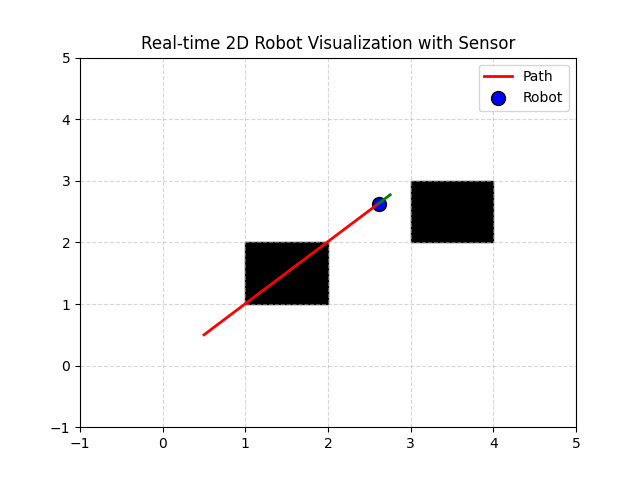
Repository: JLCucumber/comp0244-go2
Script's output: python src/cw1_team_2/2D_environment/main.py
The author's editor kept a copy of each file at every save. The script's output is drawn from the files as they stood at one save, then again after the next save.
Animations are shown at an early frame. Random numbers start from a fixed seed.

Above is the script's output before, as saved 2025-02-16 02:26:33.

### src/cw1_team_2/2D_environment/main.py
import time

from matplotlib import pyplot as plt
from environment import Environment
from robot import Robot
from visualization import plot_environment

if __name__ == "__main__":
    env = Environment()  # 生成 2D 地图
    robot = Robot(env, start_pos=(0.5, 0.5), start_angle=0.79, sensor_range=0.2)  # 创建机器人

    plt.ion()  # 开启 Matplotlib 交互模式

    for _ in range(50):  # 运行 50 步

        robot.navigate()  # 机器人导航
        plot_environment(env, robot)  # 实时绘制环境和轨迹
        plt.gcf().canvas.mpl_connect('key_press_event', lambda event: exit(0) if event.key == 'q' else None)
        time.sleep(0.1)  # 控制动画速度

    plt.ioff()  # 关闭交互模式
    plt.show()

### src/cw1_team_2/2D_environment/environment.py
import json
import numpy as np

class Environment:
    """2D 障碍物环境"""

    def __init__(self, map_file=None):
        self.obstacles = []
        if map_file:
            self.load_map(map_file)
        else:
            self.generate_default_map()

    def generate_default_map(self):
        """生成默认障碍物地图"""
        self.obstacles = [
            {"x_min": 1, "y_min": 1, "x_max": 2, "y_max": 2},  # 正方形障碍物
            {"x_min": 3, "y_min": 2, "x_max": 4, "y_max": 3},  # 另一个障碍物
        ]

    def load_map(self, map_file):
        """从 JSON 文件加载地图"""
        with open(map_file, "r") as f:
            self.obstacles = json.load(f)

    def get_obstacles_near(self, position, sensor_range):
        """返回在 `sensor_range` 内的障碍物边界点"""
        nearby_points = []
        for obs in self.obstacles:
            # 获取障碍物四个角的坐标
            edge_points = [
                (obs["x_min"], obs["y_min"]),
                (obs["x_max"], obs["y_min"]),
                (obs["x_max"], obs["y_max"]),
                (obs["x_min"], obs["y_max"])
            ]

            # 生成额外边界上的点，提高检测精度
            step = 0.02  # 采样间距
            for x in np.arange(obs["x_min"], obs["x_max"], step):
                edge_points.append((x, obs["y_min"]))
                edge_points.append((x, obs["y_max"]))
            for y in np.arange(obs["y_min"], obs["y_max"], step):
                edge_points.append((obs["x_min"], y))
                edge_points.append((obs["x_max"], y))

            for point in edge_points:
                point = np.array(point)
                if np.linalg.norm(position - point) <= sensor_range:
                    nearby_points.append(point)

        return nearby_points

### src/cw1_team_2/2D_environment/robot.py
import numpy as np
from obstacle_follow import ObstacleFollower


class Robot:
    """带方向的可移动机器人，增加局部传感器"""

    def __init__(self, env, start_pos=(0.5, 0.5), start_angle=0, sensor_range=0.25, step_size=0.1):
        """
        :param env: 环境对象
        :param start_pos: 机器人起始位置
        :param start_angle: 机器人起始朝向（弧度）
        :param sensor_range: 传感器探测范围
        :param step_size: 机器人移动的步长
        """
        self.env = env
        self.position = np.array(start_pos)
        self.angle = start_angle  # 方向，以弧度表示
        self.sensor_range = sensor_range
        self.step_size = step_size  # 机器人步长
        self.path = [tuple(self.position)]  # 记录轨迹
        self.follower = ObstacleFollower(self)  # 绑定绕障行为

    def move_forward(self):
        """沿当前方向前进"""
        dx = self.step_size * np.cos(self.angle)
        dy = self.step_size * np.sin(self.angle)
        self.position += np.array([dx, dy])
        self.path.append(tuple(self.position))

    def rotate(self, delta_angle):
        """旋转机器人"""
        self.angle += delta_angle  # 角度单位为弧度

    def get_local_obstacles(self):
        """获取局部感知到的障碍物点"""
        return self.env.get_obstacles_near(self.position, self.sensor_range)

    def navigate(self):
        """导航逻辑：检测障碍物 -> 决定绕障或前进"""
        if self.follower.follow_obstacle():
            return  # 机器人在绕障，不进行其他操作
        self.move_forward()

### src/cw1_team_2/2D_environment/obstacle_follow.py
import numpy as np

class ObstacleFollower:
    """机器人绕障碍物逆时针运动"""

    def __init__(self, robot, follow_distance=0.9, step_size=0.05):
        """
        :param robot: 机器人对象
        :param follow_distance: 机器人希望保持的障碍物边界距离
        :param step_size: 机器人每次移动的步长
        """
        self.robot = robot
        self.follow_distance = follow_distance
        self.step_size = step_size
        self.following_obstacle = False  # 是否在绕障模式

    def check_if_near_obstacle(self):
        """检查机器人是否接近障碍物"""
        local_obstacles = self.robot.get_local_obstacles()
        if not local_obstacles:
            return None  # 没有障碍物

        # 找到最近的障碍物点
        min_dist = float("inf")
        nearest_obs_point = None
        for point in local_obstacles:
            dist = np.linalg.norm(self.robot.position - point)
            if dist < min_dist:
                min_dist = dist
                nearest_obs_point = np.array(point)

        # 如果距离小于设定的 `follow_distance`，启用绕障模式
        if min_dist <= self.follow_distance:
            self.following_obstacle = True
            return nearest_obs_point
        else:
            self.following_obstacle = False
            return None

    def follow_obstacle(self):
        """执行逆时针绕障行为"""
        if not self.following_obstacle:
            print("Robot not in obstacle following mode.")
            return False  # 机器人未进入绕障模式

        nearest_obs = self.check_if_near_obstacle()
        if nearest_obs is None:
            self.following_obstacle = False
            print("No obstacle detected, stop following.")
            return False  # 没有检测到障碍物

        # 计算到障碍物的方向（法向量）
        direction = self.robot.position - nearest_obs
        direction /= np.linalg.norm(direction)

        # 计算逆时针切向方向 (左手法则，旋转 90°)
        tangent_direction = np.array([-direction[1], direction[0]])

        # 让机器人沿着障碍物边界移动
        self.robot.position += tangent_direction * self.step_size
        self.robot.path.append(tuple(self.robot.position))

        print("Detected obstacle, following it...")
        # print(f"Current position: {self.robot.position}")
        print(f"next position: {self.robot.position + tangent_direction * self.step_size}")

        return True

### src/cw1_team_2/2D_environment/visualization.py
import matplotlib.pyplot as plt
import numpy as np

def plot_environment(env, robot):
    """绘制环境、障碍物和机器人轨迹"""

    plt.clf()  # 清除上一帧

    # 绘制障碍物
    for obs in env.obstacles:
        width = abs(obs["x_max"] - obs["x_min"])
        height = abs(obs["y_max"] - obs["y_min"])
        plt.gca().add_patch(plt.Rectangle((obs["x_min"], obs["y_min"]), width, height, color="black"))

    # 绘制机器人轨迹
    path = np.array(robot.path)
    plt.plot(path[:, 0], path[:, 1], 'r-', label="Path", linewidth=2)

    # 绘制机器人当前位置
    plt.scatter(robot.position[0], robot.position[1], color='blue', s=100, edgecolors='black', label="Robot")

    # 绘制机器人朝向
    heading = robot.position + np.array([np.cos(robot.angle), np.sin(robot.angle)]) * 0.2
    plt.plot([robot.position[0], heading[0]], [robot.position[1], heading[1]], 'g-', linewidth=2)

    # 绘制传感器感知到的障碍物点
    local_obstacles = robot.get_local_obstacles()
    if local_obstacles:
        obs_points = np.array(local_obstacles)
        plt.scatter(obs_points[:, 0], obs_points[:, 1], color='red', s=5, label="Detected Obstacles")

    plt.xlim(-1, 5)
    plt.ylim(-1, 5)
    plt.grid(True, linestyle="--", alpha=0.5)
    plt.legend()
    plt.title("Real-time 2D Robot Visualization with Sensor")
    plt.pause(0.1)

After the next save:
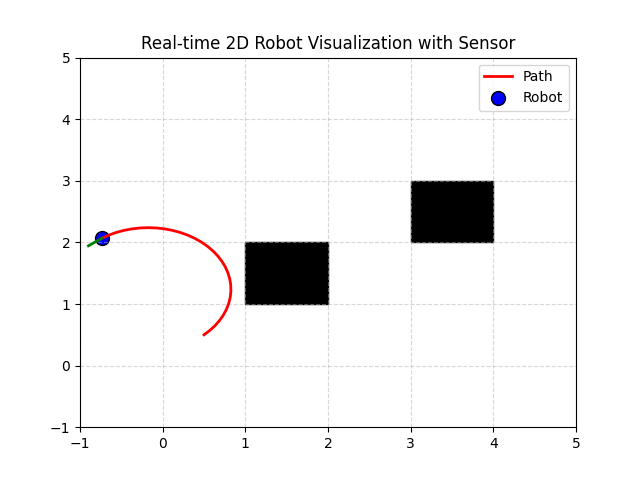
Saved 22 s later.
--- a/src/cw1_team_2/2D_environment/robot.py
+++ b/src/cw1_team_2/2D_environment/robot.py
@@ -40,4 +40,6 @@ class Robot:
         """导航逻辑：检测障碍物 -> 决定绕障或前进"""
         if self.follower.follow_obstacle():
             return  # 机器人在绕障，不进行其他操作
-        self.move_forward()
+        # self.move_forward()
+        self.move_forward()  # 机器人前进
+        self.rotate(0.1)  # 每步旋转 0.1 弧度
